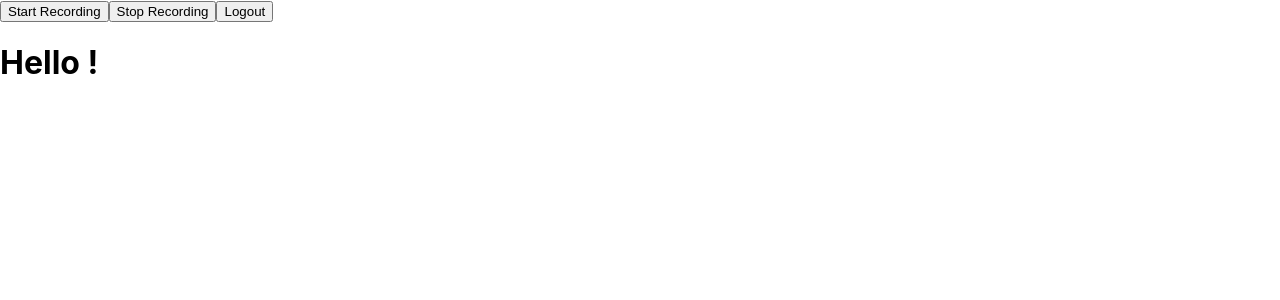
Repository: drumsmanku/test-1
Page: /recording (app in client/)
The author's editor kept a copy of each file at every save. The page is drawn from the files as they stood at one save, then again after the next save.
The browser window is 1280 px wide. The pictures show the whole page.
The project was rebuilt for these pictures with package versions that can differ from the ones it lists, and the page was loaded fresh each time. Also part of the build but not shown: client/src/App.css, client/src/Components/Login/Login.module.css, client/src/Components/Login/Login.js, client/src/Components/Register/Register.module.css, client/src/Components/Register/Register.js, client/src/Components/Recording/Recording.module.css.

Above is the page before, as saved 2023-08-31 11:45:19.

After the next save:
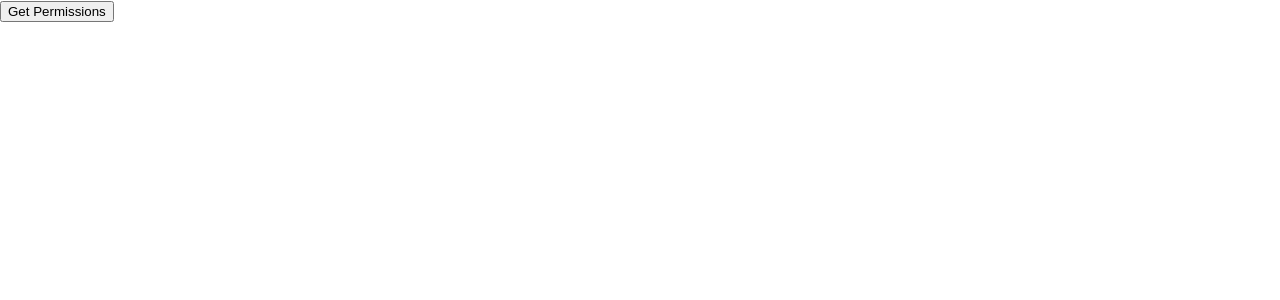
Saved 69 min 11 s later.
--- a/client/src/Components/Recording/Recording.js
+++ b/client/src/Components/Recording/Recording.js
@@ -1,6 +1,6 @@
 import React from 'react';
 import styles from './Recording.module.css';
-import { useState, useEffect } from 'react';
+import { useState, useEffect, useRef } from 'react';
 import { useNavigate } from 'react-router-dom';
 import axios from 'axios';
 
@@ -12,12 +12,56 @@ function Recording() {
     localStorage.removeItem('user');
     navigate('/')
   }
+  const [startButton, setStartButton] = useState(false);
+  const [mediaRecorder, setMediaRecorder] = useState(null);
+  const chunksRef = useRef([]);
+
+  const handlePermissions = async () => {
+    try {
+      const stream = await navigator.mediaDevices.getUserMedia({ audio: true, video: true });
+      setStartButton(true);
+
+      const newMediaRecorder = new MediaRecorder(stream);
+      newMediaRecorder.ondataavailable = (evt) => {
+        // push each chunk (blobs) in an array
+        chunksRef.current.push(evt.data);
+      };
+      setMediaRecorder(newMediaRecorder);
+
+      // POST request to start recording
+      await axios.post('/recording/start', {
+        userId: 'YOUR_USER_ID', // replace this with the actual user ID
+        videoPermission: true,
+        audioPermission: true
+      });
+
+    } catch (error) {
+      console.error('Error during getting permissions', error);
+    }
+  };
+
+  const startRecording = () => {
+    mediaRecorder.start();
+  };
+
+  const stopRecording = async () => {
+    if (mediaRecorder) {
+      mediaRecorder.stop();
+      // POST request to stop recording
+      var recorder = await axios.post('/recording/stop', {
+        userId: 'YOUR_USER_ID', // replace this with the actual user ID
+      });
+    }
+  }
   return (
-    <div className={styles.container}>
-      <button>Start Recording</button>
-      <button>Stop Recording</button>
-      <button onClick={handleLogout}>Logout</button>
-      <h1>Hello {existingUser} ! </h1>
+    <div>
+      <button onClick={handlePermissions}>Get Permissions</button>
+      {startButton &&
+        <div>
+          <button onClick={startRecording}>Start Recording</button>
+          <button onClick={stopRecording}>Stop Recording</button>
+        </div>
+      }
     </div>
   )
 }
